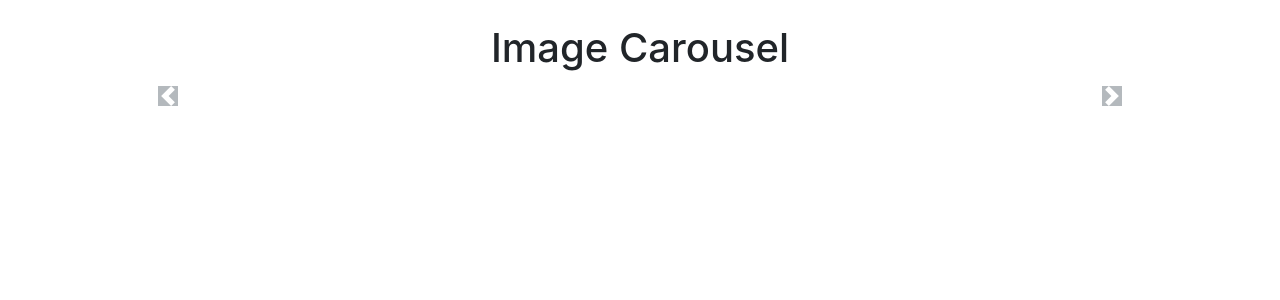
Repository: riteshyadav7878/ecofood
Page: http://localhost/details.php
These files come from the project's save history. The page is drawn as it stood at one moment and after the next save; the edit follows.
The browser window is 1280 px wide. The pictures show the whole page.
Some web libraries are served in a nearby version. The page is run by PHP 8.4 with error messages shown; the project is at /var/www/html/. Queries for data that is not in the repository find no rows.

Above is the page before, as saved 2024-09-03 12:02:37.

### details.php
<?php
include 'conn.php'; // Include your database connection file

// Fetch all active sliders
$sql = "SELECT * FROM slider WHERE status='active'";
$result = $conn->query($sql);
?>

<!DOCTYPE html>
<html lang="en">
<head>
    <meta charset="UTF-8">
    <title>Image Carousel</title>
    <link href="https://stackpath.bootstrapcdn.com/bootstrap/4.5.2/css/bootstrap.min.css" rel="stylesheet">
    <style>
        .carousel-item img {
            width: 100%;
            height: 500px; /* Fixed height for images */
            object-fit: cover; /* Ensure images cover the area without distortion */
            border: 5px solid #fff; /* White border around images */
            border-radius: 10px; /* Optional: rounded corners for the border */
        }
        .carousel-caption {
            text-align: center; /* Center align text */
            background-color: rgba(0, 0, 0, 0.5); /* Semi-transparent background for readability */
            padding: 15px; /* Add padding */
            border-radius: 5px; /* Rounded corners for caption box */
        }
        .carousel-caption h5 {
            font-weight: bold; /* Make title bold */
            font-size: 3rem; /* Increase font size of title */
        }
        .carousel-caption p {
            font-size: 2rem; /* Increase font size of description */
        }
        .carousel-control-prev,
        .carousel-control-next {
            color: #6c757d; /* Secondary color for the controls (gray) */
        }
        .carousel-control-prev-icon,
        .carousel-control-next-icon {
            background-color: #6c757d; /* Secondary color for the control icons background */
        }
    </style>
</head>
<body>
    <div class="container mt-4">
        <h1 class="text-center mb-4">Image Carousel</h1>

        <!-- Bootstrap Carousel -->
        <div id="carouselExampleIndicators" class="carousel slide">
            <ol class="carousel-indicators">
                <?php $i = 0; while($row = $result->fetch_assoc()): ?>
                    <li data-target="#carouselExampleIndicators" data-slide-to="<?php echo $i; ?>" class="<?php echo $i == 0 ? 'active' : ''; ?>"></li>
                <?php $i++; endwhile; ?>
            </ol>
            <div class="carousel-inner">
                <?php
                $result->data_seek(0); // Reset result pointer to the start
                $i = 0;
                while($row = $result->fetch_assoc()):
                ?>
                    <div class="carousel-item <?php echo $i == 0 ? 'active' : ''; ?>">
                        <img src="<?php echo $row['image_url']; ?>" class="d-block w-100" alt="<?php echo htmlspecialchars($row['title']); ?>">
                        <div class="carousel-caption d-none d-md-block">
                            <h5><?php echo htmlspecialchars($row['title']); ?></h5>
                            <p><?php echo htmlspecialchars($row['description']); ?></p>
                        </div>
                    </div>
                <?php $i++; endwhile; ?>
            </div>
            <a class="carousel-control-prev" href="#carouselExampleIndicators" role="button" data-slide="prev">
                <span class="carousel-control-prev-icon" aria-hidden="true"></span>
                <span class="sr-only">Previous</span>
            </a>
            <a class="carousel-control-next" href="#carouselExampleIndicators" role="button" data-slide="next">
                <span class="carousel-control-next-icon" aria-hidden="true"></span>
                <span class="sr-only">Next</span>
            </a>
        </div>
    </div>

    <!-- Include jQuery, Popper.js, and Bootstrap JS -->
    <script src="https://code.jquery.com/jquery-3.5.1.slim.min.js"></script>
    <script src="https://cdn.jsdelivr.net/npm/@popperjs/core@2.5.4/dist/umd/popper.min.js"></script>
    <script src="https://stackpath.bootstrapcdn.com/bootstrap/4.5.2/js/bootstrap.min.js"></script>
</body>
</html>

### conn.php
<?php
$servername = "localhost";  // Replace with your server details
$username = "root";         // Replace with your database username
$password = "";             // Replace with your database password
$dbname = "ecofood";  // Replace with your database name

// Create connection
$conn = new mysqli($servername, $username, $password, $dbname);

// Check connection
if ($conn->connect_error) {
    die("Connection failed: " . $conn->connect_error);
}
// echo "Connected successfully";
?>

After the next save:
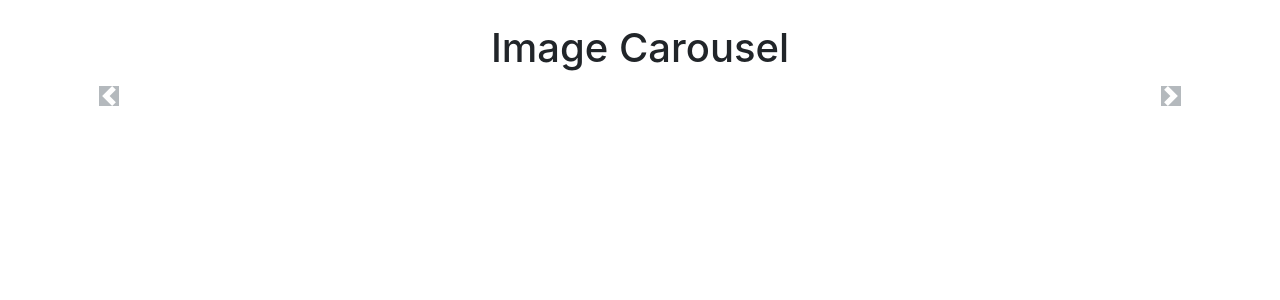
Saved 19 min 38 s later.
--- a/details.php
+++ b/details.php
@@ -14,9 +14,8 @@ $result = $conn->query($sql);
     <link href="https://stackpath.bootstrapcdn.com/bootstrap/4.5.2/css/bootstrap.min.css" rel="stylesheet">
     <style>
         .carousel-item img {
-            width: 100%;
-            height: 500px; /* Fixed height for images */
-            object-fit: cover; /* Ensure images cover the area without distortion */
+            width: 100%; /* Ensure image takes full width of the carousel */
+            height: auto; /* Maintain aspect ratio */
             border: 5px solid #fff; /* White border around images */
             border-radius: 10px; /* Optional: rounded corners for the border */
         }
@@ -44,7 +43,7 @@ $result = $conn->query($sql);
     </style>
 </head>
 <body>
-    <div class="container mt-4">
+    <div class="container-fluid mt-4">
         <h1 class="text-center mb-4">Image Carousel</h1>
 
         <!-- Bootstrap Carousel -->
